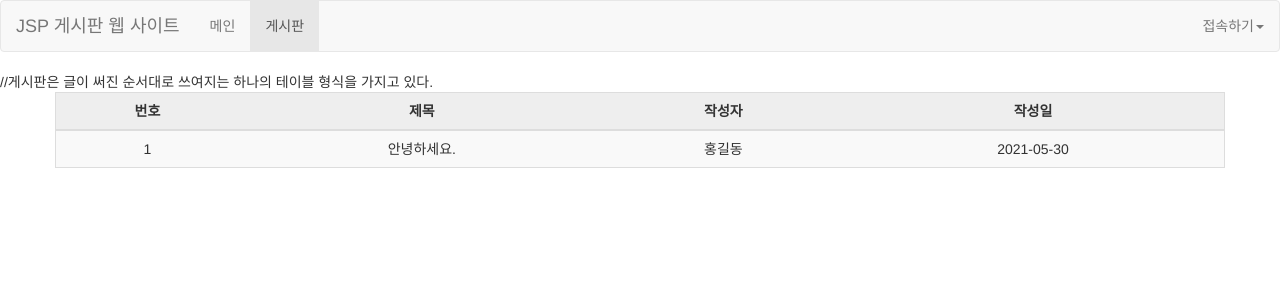
Repository: hanseu9839/BbsJSP
Page: http://localhost/BBS/bbs.jsp
An editor plug-in stored every save of this project. The page is shown before and after the next save, followed by the edit.
The browser window is 1280 px wide. The pictures show the whole page.
The page is served by Tomcat 9.

Above is the page before, as saved 2021-05-02 23:43:58.

After the next save:
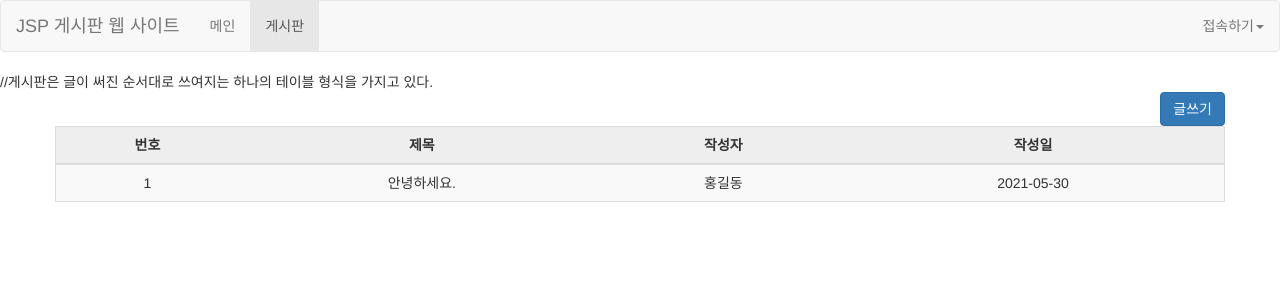
Saved 68 s later.
--- a/BBS/src/main/webapp/bbs.jsp
+++ b/BBS/src/main/webapp/bbs.jsp
@@ -85,8 +85,7 @@
    						<td>2021-05-30</td>
   					</tr>
    				</tbody>
-
-
+   				<a href="write.jsp" class="btn btn-primary pull-right">글쓰기</a>
    			</table>
    		</div>
 

After the save that followed:
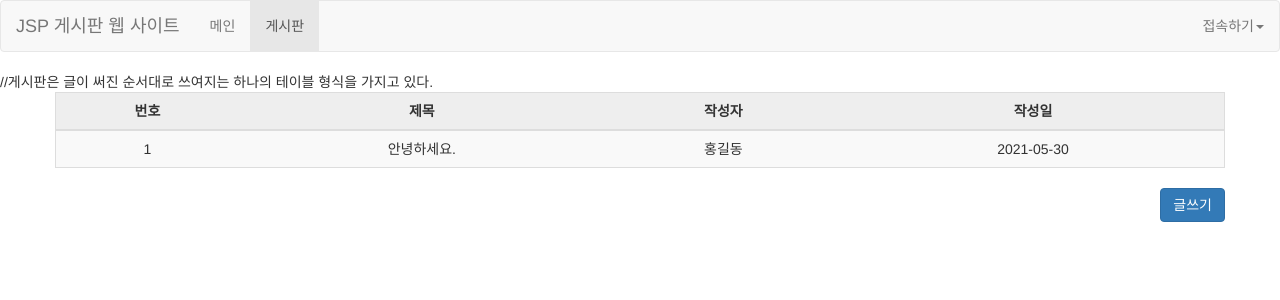
Saved 17 s later.
--- a/BBS/src/main/webapp/bbs.jsp
+++ b/BBS/src/main/webapp/bbs.jsp
@@ -85,8 +85,8 @@
    						<td>2021-05-30</td>
   					</tr>
    				</tbody>
-   				<a href="write.jsp" class="btn btn-primary pull-right">글쓰기</a>
    			</table>
+   			<a href="write.jsp" class="btn btn-primary pull-right">글쓰기</a>
    		</div>
 
    </div>
